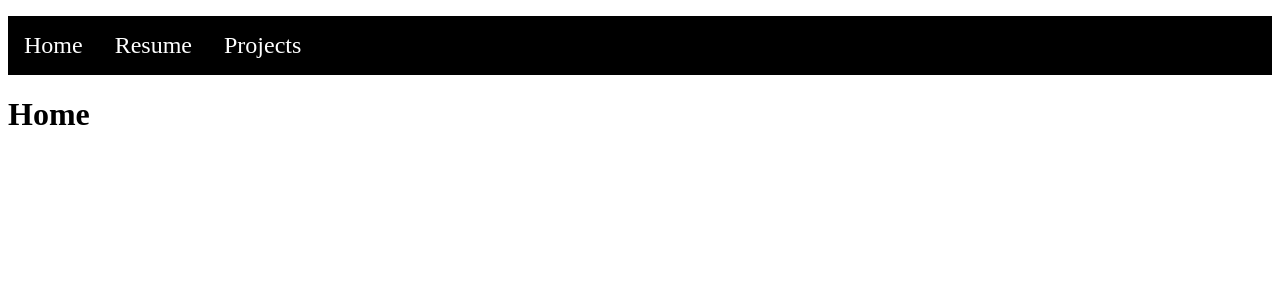
Repository: meganclapinski/meganclapinski.github.io
Page: project1.html
The author's editor kept a record of every edit. The page is drawn from the files as they stood at one moment, then again after the next edit.
The browser window is 1280 px wide. The pictures show the whole page.

Above is the page before.

### project1.html
<!DOCTYPE html>
<html>
   <head>
   <title>Project 1 </title>

   <link rel="stylesheet" type="text/css" href="style.css">

   </head>
   <body>
        <ul class="navbar">
            <li> <a href="./" >Home</a></li>

            <li> <a href="resume.html" >Resume</a></li>

            <li class= "dropdown">
              <div>Projects</div>
              <ul class="dropdown-content">
                  <li> <a href="#">Project 1</a></li>
                  <li> <a href="#">Project 2</a></li>
                  <li> <a href="#">Project 3</a></li>
                  </ul>
            </li>

        </ul>

        <h1>Home</h1>

   </body>
</html>

### style.css
 .navbar{
           list-style:none;
           background-color:black;
           overflow: hidden;
           padding: 0;
       }
       .navbar a, .dropdown div {
           text-decoration:none;
           color:white;
           font-size: 24px;
           padding: 16px ;
           display:inline-block ;
       }
       .navbar li{
           float:left;

       }
       .navbar li:hover{
           background-color:red;
       }
       .dropdown-content{
           list-style:none;
           padding:0;
           display:none;
           position:absolute;
           z-index:1;
           background-color:black;
       }
       .dropdown-content li{
           float:none;

       }
       .dropdown:hover .dropdown-content{
           display:block;
       }
        .active {
           background-color:green;
       }
       .name {
             font-family:"Tahoma", Geneva, sans-serif;
       }

After the next edit:
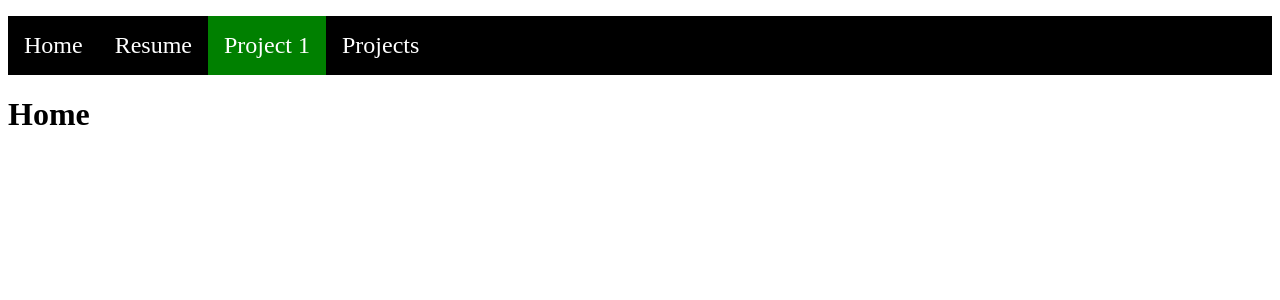
The edit:
--- a/project1.html
+++ b/project1.html
@@ -12,6 +12,7 @@
 
             <li> <a href="resume.html" >Resume</a></li>
 
+            <li class="active"><a href="project1.html">Project 1</a></li>
             <li class= "dropdown">
               <div>Projects</div>
               <ul class="dropdown-content">

After the 2 edits that followed:
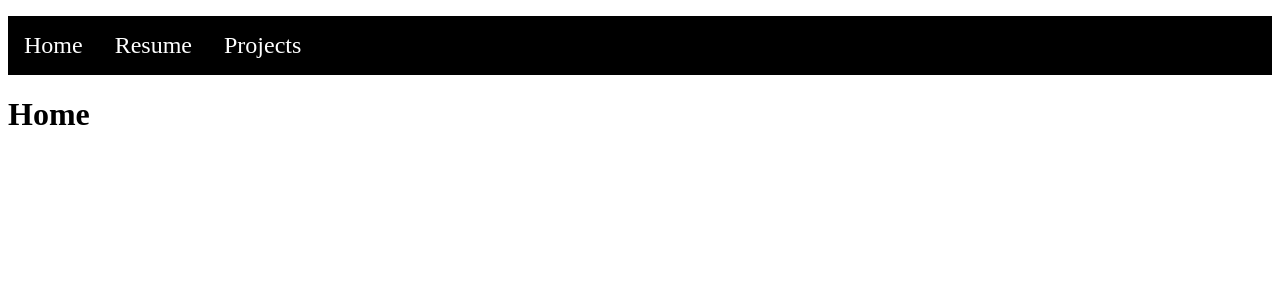
The 2 edits are shown as one change because 1 left the picture as it was.
The edit:
--- a/project1.html
+++ b/project1.html
@@ -12,11 +12,11 @@
 
             <li> <a href="resume.html" >Resume</a></li>
 
-            <li class="active"><a href="project1.html">Project 1</a></li>
+
             <li class= "dropdown">
               <div>Projects</div>
               <ul class="dropdown-content">
-                  <li> <a href="#">Project 1</a></li>
+                  <li class="active"><a href="project1.html">Project 1</a></li>
                   <li> <a href="#">Project 2</a></li>
                   <li> <a href="#">Project 3</a></li>
                   </ul>
